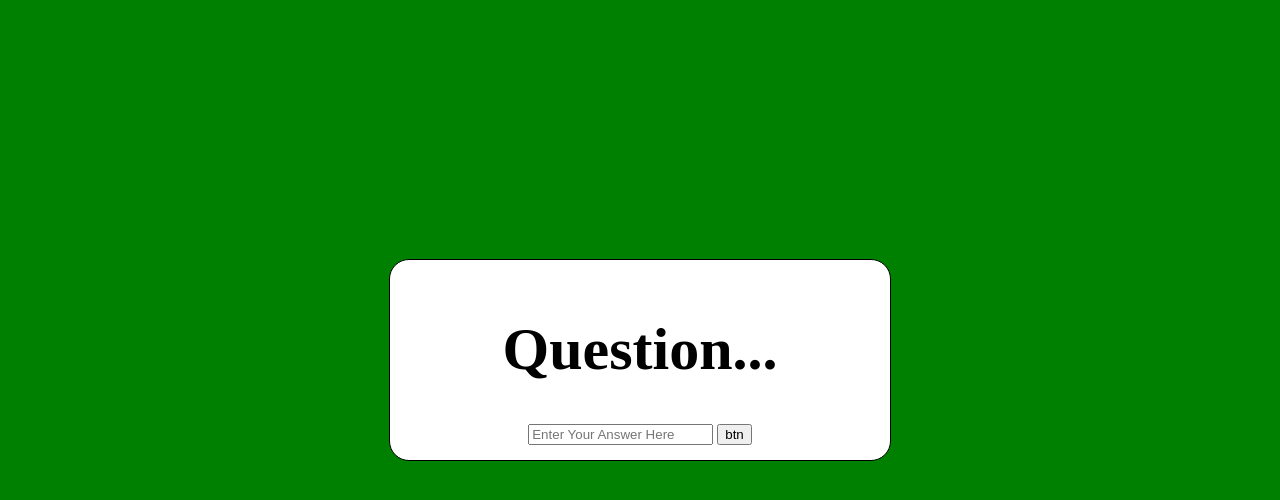
Repository: Joseph061200/Dynamic_Lab2
Page: joseph.html
These files come from the project's save history. The page is drawn as it stood at one moment and after the next save; the edit follows.
The browser window is 1280 px wide. The pictures show the whole page.

Above is the page before, as saved 2020-02-20 14:13:16.

### joseph.html
<!DOCTYPE html>
<html>
    <head>
        <title>Joseph</title>
        <link rel="stylesheet" href="joseph.css">
    </head>
    <body>
        <div class="app">
            <div class="pop_up question">
                <h1 class="h1">Question...</h1>
                <div>
                    <input type="text" placeholder="Enter Your Answer Here">
                    <button>btn</button>
                </div>
            </div>
        </div>
        <script src="joseph.js"></script>
    </body>
</html>

### joseph.css
body,html {
    margin: 0;
}
.app{
    width: 100vw;
    height: 100vh;
    display: flex;
    justify-content: center;
    align-items: center;
    background-color: green;
}
.pop_up{
    width: 500px;
    height: 200px;
    border: solid 1px black;
    display: flex;
    flex-direction: column;
    justify-content: center;
    align-items: center;
    background-color: white;
    border-radius: 20px;

}
h1 {
    font-size: 60px;
}

Loaded but not shown: joseph.js (no copy from this time; the picture is the same without it)

After the next save:
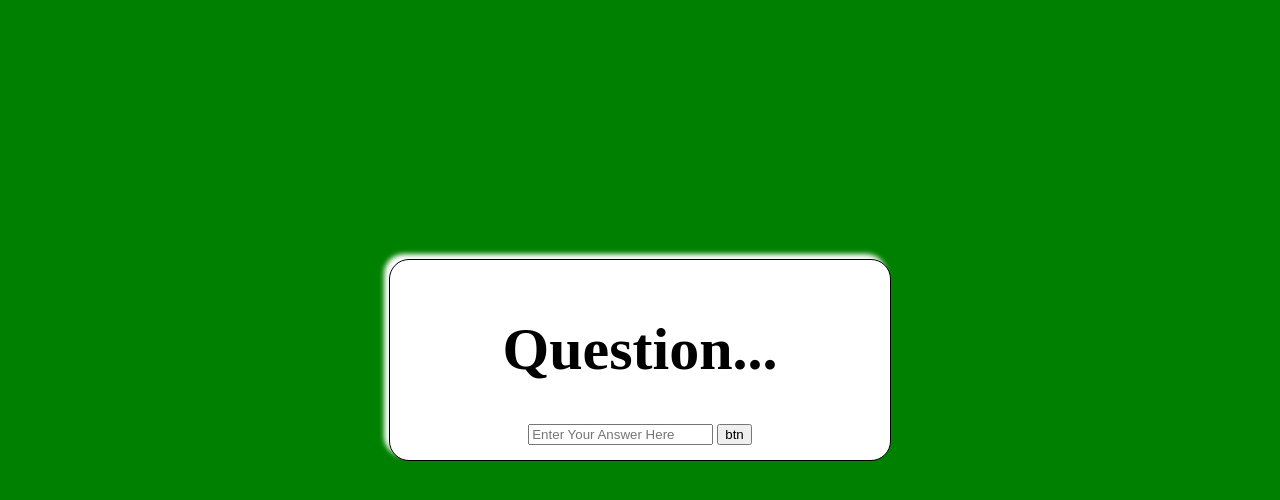
Saved 33 s later.
--- a/joseph.css
+++ b/joseph.css
@@ -19,6 +19,8 @@ body,html {
     align-items: center;
     background-color: white;
     border-radius: 20px;
+    box-shadow: 5px 5px 5px black;
+    box-shadow: -5px -5px 5px white;
 
 }
 h1 {
